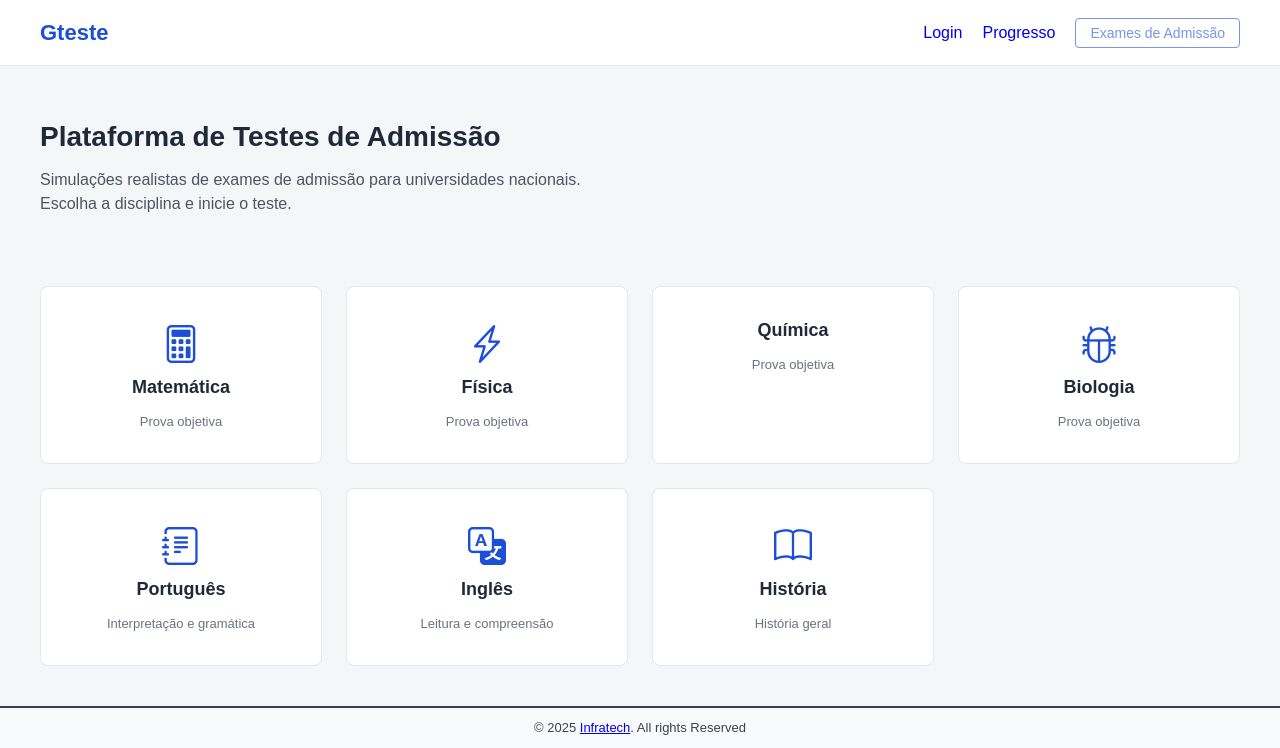
Repository: juvencio009/infratech-web
Page: index.html
The author's editor kept a copy of each file at every save. The page is drawn from the files as they stood at one save, then again after the next save.
The browser window is 1280 px wide. The pictures show the whole page.

Above is the page before, as saved 2025-12-18 20:12:57.

### index.html
<!DOCTYPE html>
<html lang="pt">
<head>
  <meta charset="UTF-8">
  <title>Gteste | Exames de Admissão</title>

  <!-- Bootstrap Icons -->
  <link
    href="https://cdn.jsdelivr.net/npm/bootstrap-icons@1.11.3/font/bootstrap-icons.css"
    rel="stylesheet"
  >

 <link rel="stylesheet" href="css/style.css">
</head>
<body>

  <!-- HEADER -->
  <header>
    <div class="logo">Gteste</div>
    <div class="header-actions" style='display:flex;align-items:center;gap:20px;text-decoration:none;list-style:none'>
      <!-- futuro: login -->
	<li><a href='register.html' style='text-decoration:none'>Login</a></li>
	<li><a href='progress.html' style='text-decoration:none'>Progresso</a></li>
      <button disabled>Exames de Admissão</button>
    </div>
  </header>

  <!-- HERO -->
  <section class="hero">
    <h1>Plataforma de Testes de Admissão</h1>
    <p>
      Simulações realistas de exames de admissão para universidades nacionais.
      Escolha a disciplina e inicie o teste.
    </p>
  </section>

  <!-- DISCIPLINAS -->
  <section class="grid">

    <div class="card" onclick="openQuiz('maths')">
      <i class="bi bi-calculator"></i>
      <h3>Matemática</h3>
      <span>Prova objetiva</span>
    </div>

    <div class="card" onclick="openQuiz('fisica')">
      <i class="bi bi-lightning-charge"></i>
      <h3>Física</h3>
      <span>Prova objetiva</span>
    </div>

    <div class="card" onclick="openQuiz('quimica')">
      <i class="bi bi-tech"></i>
      <h3>Química</h3>
      <span>Prova objetiva</span>
    </div>

    <div class="card" onclick="openQuiz('biologia')">
      <i class="bi bi-bug"></i>
      <h3>Biologia</h3>
      <span>Prova objetiva</span>
    </div>

    <div class="card" onclick="openQuiz('portugues')">
      <i class="bi bi-journal-text"></i>
      <h3>Português</h3>
      <span>Interpretação e gramática</span>
    </div>

    <div class="card" onclick="openQuiz('ingles')">
      <i class="bi bi-translate"></i>
      <h3>Inglês</h3>
      <span>Leitura e compreensão</span>
    </div>

    <div class="card" onclick="openQuiz('historia')">
      <i class="bi bi-book"></i>
      <h3>História</h3>
      <span>História geral</span>
    </div>

  </section>

  <footer>
    © <span id="year" on></span> <a href="http://infratech-cursos.netlify.app" target="_blank" rel="noopener noreferrer">Infratech</a>. All rights Reserved
  </footer>

  <script>
    function openQuiz(disciplina) {
      window.location.href = `quiz.html?disciplina=${disciplina}`;
    }
    function loadYear(){
      return new Date().getFullYear();
    }
    document.getElementById('year').textContent=loadYear()
  </script>
</body>
</html>

### css/style.css
/* ===============================
   RESET & BASE
================================ */

* {
  box-sizing: border-box;
  margin: 0;
  padding: 0;
  font-family: Arial, Helvetica, sans-serif;
}

:root{
  --accet:#1d4ed8;
  --miny:#e5e7eb;
  --white:#fff;
  --gry:#4b5563;
}

body {
  background: #f4f6f8;
  color: #1f2937;
  line-height: 1.5;
}

/* ===============================
   HEADER
================================ */

header {
  background: #fff;
  border-bottom: 1px solid #e5e7eb; /*miny*/
  padding: 16px 40px;
  display: flex;
  align-items: center;
  justify-content: space-between;
}


.logo {
  font-size: 22px;
  font-weight: bold;
  color: #1d4ed8; /**/
  cursor: pointer;
}

.header-actions button {
  background: transparent;
  border: 1px solid #1d4ed8;
  color: #1d4ed8;
  padding: 6px 14px;
  border-radius: 4px;
  cursor: pointer;
  font-size: 14px;
}

.header-actions button:disabled {
  opacity: 0.6;
  cursor: default;
}

/* ===============================
   HERO / INTRO (INDEX)
================================ */

.hero {
  padding: 50px 40px 30px;
}

.hero h1 {
  font-size: 28px;
  margin-bottom: 10px;
}

.hero p {
  color: #4b5563;
  max-width: 600px;
}

/* ===============================
   GRID DE DISCIPLINAS
================================ */

.grid {
  padding: 40px;
  display: grid;
  grid-template-columns: repeat(auto-fit, minmax(230px, 1fr));
  gap: 24px;
}

.card {
  background: #ffffff;
  border-radius: 8px;
  padding: 30px 20px;
  text-align: center;
  border: 1px solid #e5e7eb;
  cursor: pointer;
  transition: 0.2s ease;
}

.card:hover {
  transform: translateY(-4px);
  box-shadow: 0 6px 20px rgba(0, 0, 0, 0.08);
}

.card i {
  font-size: 38px;
  color: #1d4ed8;
  margin-bottom: 14px;
}

.card h3 {
  font-size: 18px;
  margin-bottom: 8px;
}

.card span {
  font-size: 13px;
  color: #6b7280;
}

/* ===============================
   MAIN (QUIZ)
================================ */

main {
  max-width: 720px;
  margin: 40px auto;
  background: #ffffff;
  border-radius: 8px;
  border: 1px solid #e5e7eb;
  padding: 30px;
}

.subtitle {
  color: #6b7280;
  margin-bottom: 20px;
  font-size: 14px;
}

/* ===============================
   INTRO DO QUIZ
================================ */

#intro ul {
  margin: 20px 0;
  padding-left: 18px;
  color: #374151;
}

#intro li {
  margin-bottom: 8px;
  font-size: 14px;
}

#intro i {
  color: #dc2626;
  margin-right: 6px;
}

/* ===============================
   BOTÕES
================================ */

button {
  background: #1d4ed8;
  color: #ffffff;
  border: none;
  padding: 10px 20px;
  border-radius: 4px;
  cursor: pointer;
  font-size: 14px;
}

button:hover {
  background: #1e40af;
}

/* ===============================
   QUESTÕES
================================ */

.question-number {
  font-size: 13px;
  color: #6b7280;
  margin-bottom: 6px;
}

.question-text {
  font-size: 17px;
  margin-bottom: 20px;
}

/* ===============================
   OPÇÕES DE RESPOSTA
================================ */

.option {
  border: 1px solid #e5e7eb;
  border-radius: 4px;
  padding: 10px 12px;
  margin-bottom: 10px;
  cursor: pointer;
  transition: 0.15s;
  display: flex;
  gap: 10px;
  align-items: center;
}

.option:hover {
  background: #f9fafb;
}

.option input {
  cursor: pointer;
}

/* ===============================
   AÇÕES
================================ */

.actions {
  margin-top: 20px;
  display: flex;
  justify-content: flex-end;
}

/* ===============================
   RESULTADO
================================ */

#resultado {
  text-align: center;
}

.score {
  font-size: 28px;
  margin: 20px 0;
  color: #1d4ed8;
}

.status {
  font-size: 16px;
  font-weight: bold;
}

/* ===============================
   FOOTER
================================ */

footer {
  text-align: center;
  padding: 20px;
  font-size: 13px;
  color: #374151;
  padding: 10px 12px;
  width: 100%;
  border-top: 2px solid #374151;
  background: #f9fafb;
}

/* ===============================
   UTILIDADES
================================ */

.hidden {
  display: none;
}

/* ===============================
   RESPONSIVO
================================ */

@media (max-width: 600px) {
  header {
    padding: 14px 20px;
  }

  .hero,
  .grid {
    padding: 20px;
  }

  main {
    margin: 20px;
    padding: 20px;
  }
}

After the next save:
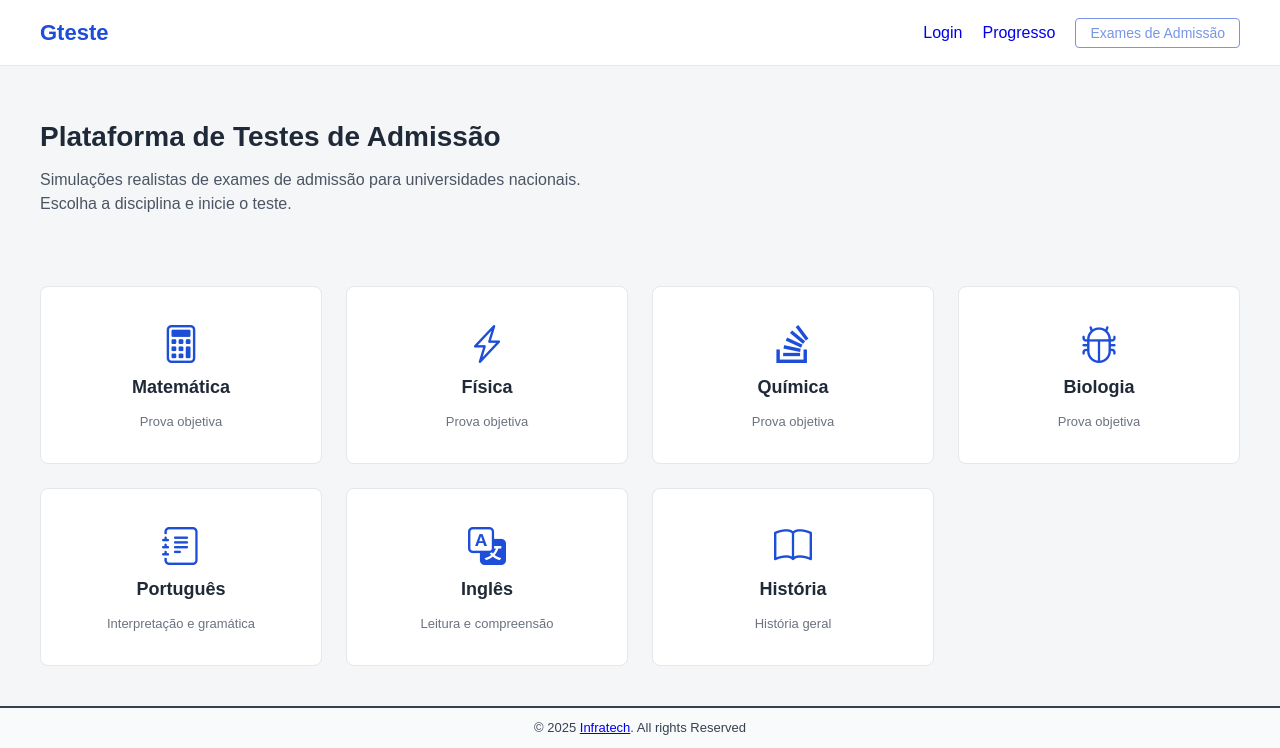
Saved 29 min 31 s later.
--- a/index.html
+++ b/index.html
@@ -50,7 +50,7 @@
     </div>
 
     <div class="card" onclick="openQuiz('quimica')">
-      <i class="bi bi-tech"></i>
+      <i class="bi bi-stack-overflow"></i>
       <h3>Química</h3>
       <span>Prova objetiva</span>
     </div>
